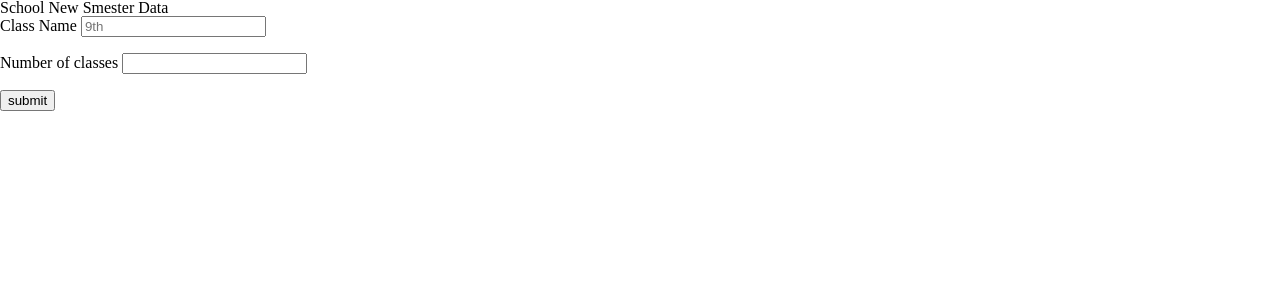
Repository: Razan-am/exam-practice
Page: index.html
An editor plug-in stored every save of this project. The page is shown before and after the next save, followed by the edit.
The browser window is 1280 px wide. The pictures show the whole page.

Above is the page before, as saved 2021-05-30 23:40:22.

After the next save:
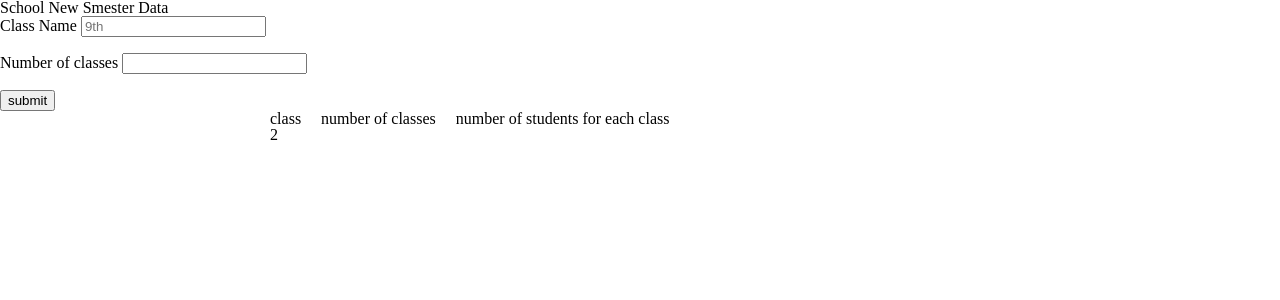
Saved 32 s later.
--- a/js/app.js
+++ b/js/app.js
@@ -70,5 +70,6 @@ function getting() {
     if(normalObj !== null){
         mainArr = normalObj;
     }
+    render();
 }
 getting();

After the save that followed:
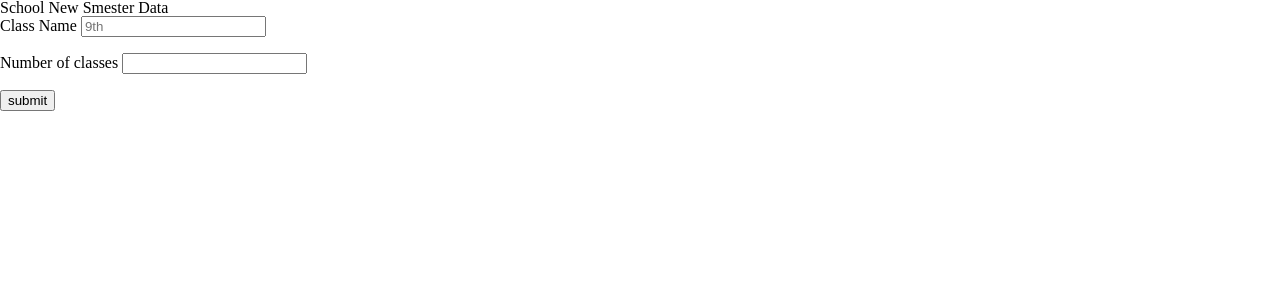
Saved 23 s later.
--- a/js/app.js
+++ b/js/app.js
@@ -70,6 +70,6 @@ function getting() {
     if(normalObj !== null){
         mainArr = normalObj;
     }
-    render();
+    // render();
 }
 getting();
